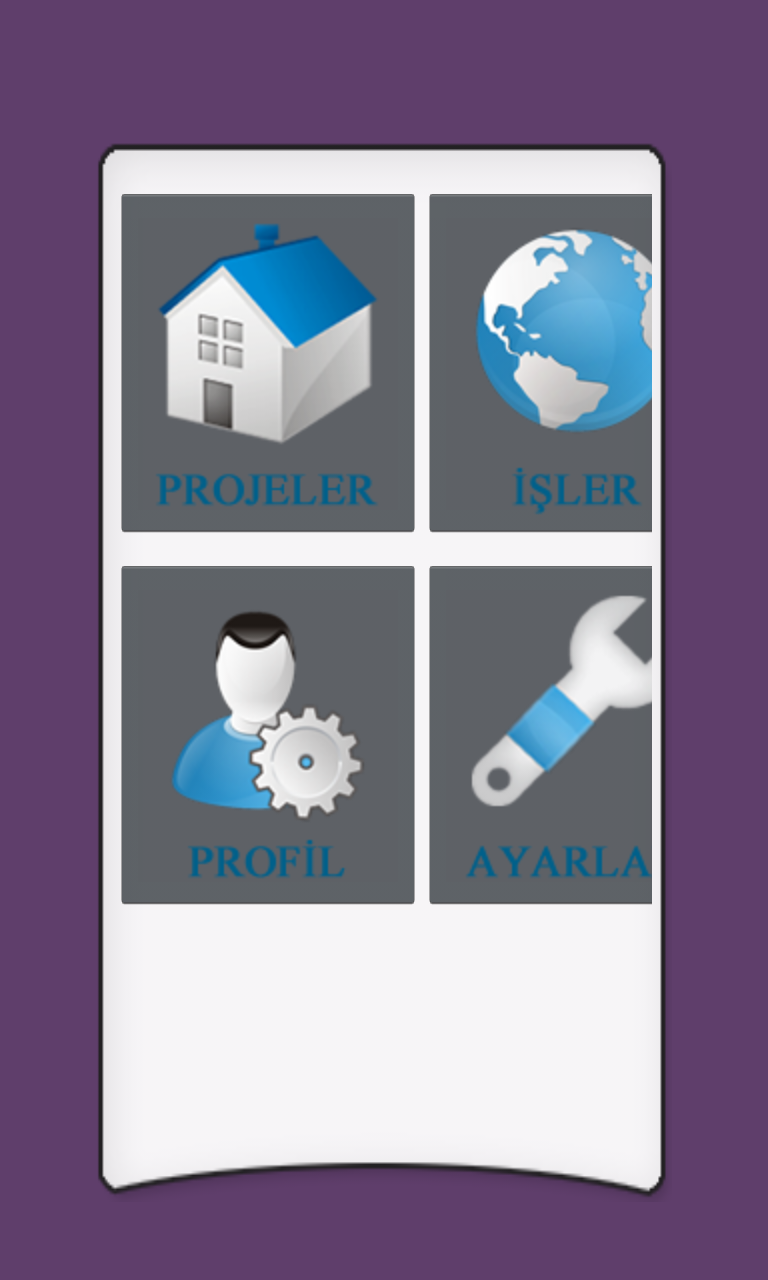
Repository: emremzrk/ETeknikMobil
Layout: Kim Nerede/res/layout/menu.xml
These files come from the project's save history. The layout is drawn as it stood at one moment and after the next save; the edit follows.
It is drawn on a 768 x 1280 px phone screen (xhdpi) without system bars, with theme android:Theme.Holo; the app's code is not run.

Above is the layout before, as saved 2014-12-07 19:52:10.

After the next save:
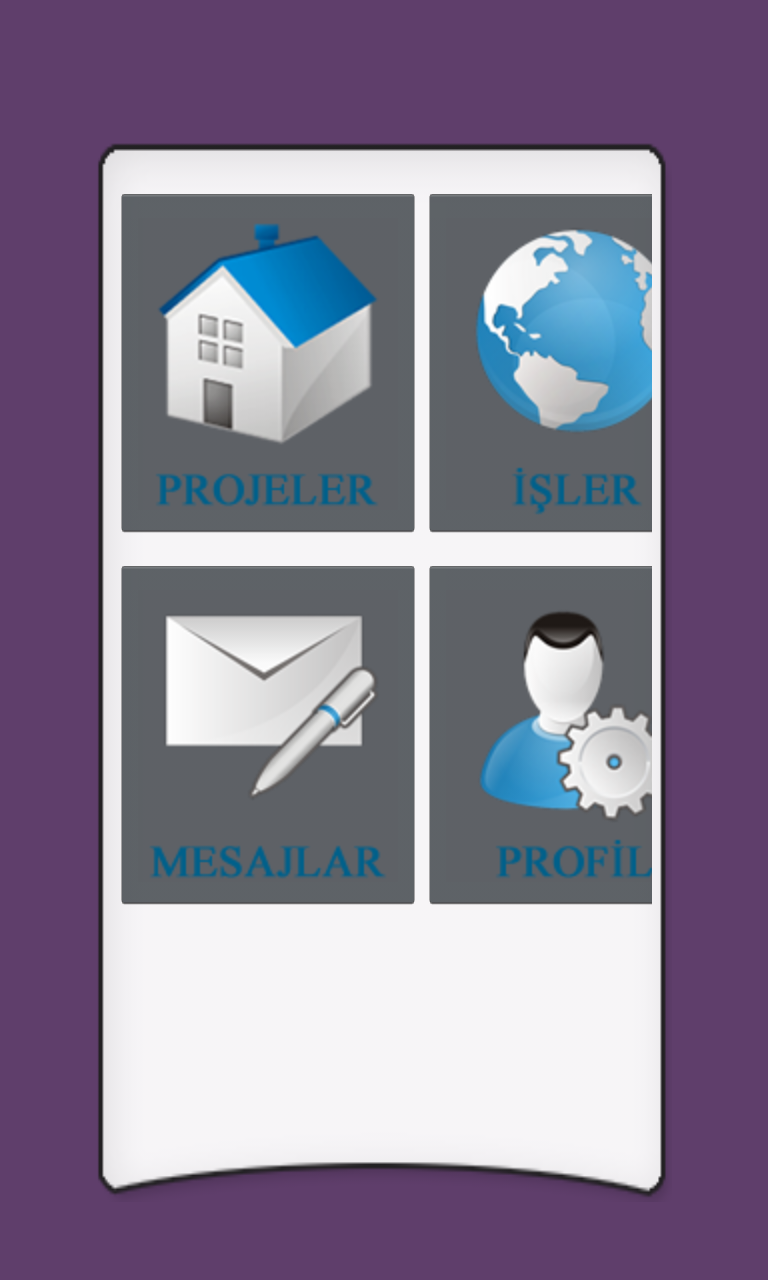
Saved 32 min 36 s later.
--- a/Kim Nerede/res/layout/menu.xml
+++ b/Kim Nerede/res/layout/menu.xml
@@ -31,20 +31,36 @@
 		        android:layout_width="wrap_content"
 		        android:layout_height="wrap_content"
 		        android:src="@drawable/kimler" />
+
+	    	<ImageButton
+	    	    android:id="@+id/profilImageButton"
+	    	    android:layout_width="wrap_content"
+	    	    android:layout_height="wrap_content"
+	    	    android:src="@drawable/stok" />
+
 	    </TableRow>
 
-        <TableRow android:paddingTop="10dp">
-	    	<ImageButton
-		        android:id="@+id/profilImageButton"
-		        android:layout_width="wrap_content"
-		        android:layout_height="wrap_content"
-		        android:src="@drawable/profil" />
-	    	<ImageButton
-		        android:id="@+id/ayarlarImageButton"
-		        android:layout_width="wrap_content"
-		        android:layout_height="wrap_content"
-		        android:src="@drawable/ayarlar" />
-	    </TableRow>
+        <TableRow android:paddingTop="10dp" >
+
+            <ImageButton
+                android:id="@+id/ImageButton02"
+                android:layout_width="wrap_content"
+                android:layout_height="wrap_content"
+                android:src="@drawable/mesaj" />
+
+            <ImageButton
+                android:id="@+id/ImageButton01"
+                android:layout_width="wrap_content"
+                android:layout_height="wrap_content"
+                android:src="@drawable/profil" />
+
+            <ImageButton
+                android:id="@+id/ayarlarImageButton"
+                android:layout_width="wrap_content"
+                android:layout_height="wrap_content"
+                android:src="@drawable/ayarlar" />
+
+        </TableRow>
 
     </TableLayout>
 
